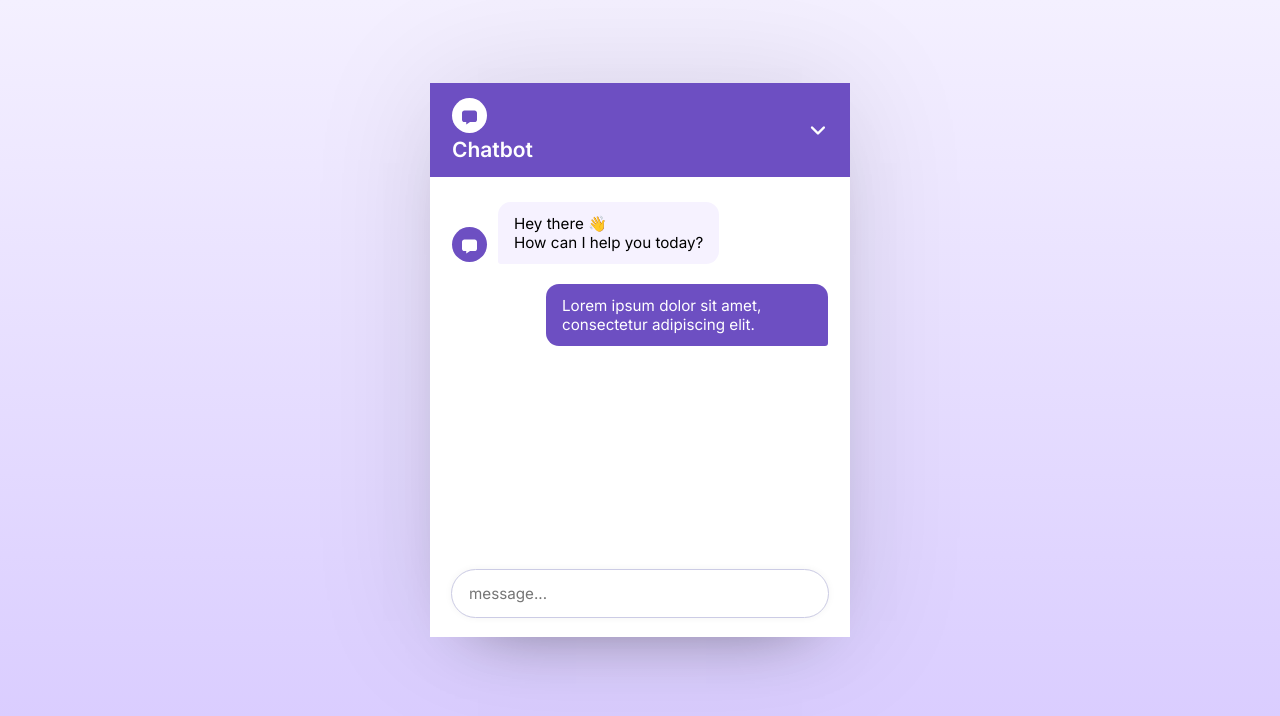
Repository: gogg23/chatbot
Page: / (app in chatbot/)
The author's editor kept a copy of each file at every save. The page is drawn from the files as they stood at one save, then again after the next save.
The browser window is 1280 px wide. The pictures show the whole page.
The project was rebuilt for these pictures with package versions that can differ from the ones it lists, and the page was loaded fresh each time. Also part of the build but not shown: chatbot/vite.config.js.

Above is the page before, as saved 2025-01-21 17:23:40.

### chatbot/index.html
<!DOCTYPE html>
<html lang="en">
  <head>
    <meta charset="UTF-8" />
    <link rel="icon" type="image/svg+xml" href="/vite.svg" />
    <meta name="viewport" content="width=device-width, initial-scale=1.0" />
    <title>Chatbot in ReactJS</title>
    <!--Linking google Fonts for Icons-->
    <link
      href="https://fonts.googleapis.com/css2?family=Material+Symbols+Rounded"
      rel="stylesheet"
    />
  </head>
  <body>
    <div id="root"></div>
    <script type="module" src="/src/main.jsx"></script>
  </body>
</html>

### chatbot/src/index.css
/*Importing Google Fonts - Inter*/
@import url('https://fonts.googleapis.com/css2?family=Inter:ital,opsz,wght@0,14..32,100..900;1,14..32,100..900&display=swap');

* {
  margin: 0;
  padding: 0;
  box-sizing: border-box;
  font-family: 'Inter', sans-serif;
}

body {
  width: 100%;
  display: flex;
  align-items: center;
  justify-content: center;
  min-height: 100vh;
  background: linear-gradient(#f4f0ff, #dacdff);
}

.chatbot-popup {
  position: relative;
  width: 420px;
  background: #fff;
  border-radius: 15px;
  box-shadow: 0 0 128px 0 rgba(0, 0, 0, 0.1),
    0 32px 64px -48px rgba(0, 0, 0, 0.5);
}

.chatbot-popup .chat-header {
  display: flex;
  padding: 15px 22px;
  align-items: center;
  justify-content: space-between;
  background: #6d4fc2;
}

.chatbot-header .header-info {
  display: flex;
  gap: 10px;
  align-items: center;
}

.header-info svg {
  height: 35px;
  width: 35px;
  padding: 6px;
  flex-shrink: 0;
  fill: #6d4fc2;
  background: #fff;
  border-radius: 50%;
}

.header-info .logo-text {
  color: #fff;
  font-size: 1.31rem;
  font-weight: 600;
}

.chat-header button {
  height: 40px;
  width: 40px;
  border: none;
  outline: none;
  color: #fff;
  cursor: pointer;
  font-size: 1.9rem;
  padding-top: 2px;
  border-radius: 50%;
  margin-right: -10px;
  background: none;
  transition: 0.2s ease;
}
.chat-header button:hover {
  background: #593bab;
}
.chat-body {
  display: flex;
  flex-direction: column;
  gap: 20px;
  padding: 25px 22px;
  height: 460px;
  overflow-y: auto;
}

.chat-body .message {
  display: flex;
  gap: 11px;
  align-items: center;
}

.chat-body .bot-message svg {
  height: 35px;
  width: 35px;
  padding: 6px;
  flex-shrink: 0;
  fill: #fff;
  align-self: flex-end;
  margin-bottom: 2px;
  background: #6d4fc2;
  border-radius: 50%;
}

.chat-body .message .message-text {
  padding: 12px 16px;
  max-width: 75%;
  background: #6d4fc2;
  word-wrap: break-word;
  white-space: pre-line;
  font-size: 0.95rem;
}

.chat-body .bot-message .message-text {
  background: #f6f2ff;
  border-radius: 13px 13px 13px 3px;
}

.chat-body .user-message {
  flex-direction: column;
  align-items: flex-end;
}

.chat-body .user-message .message-text {
  color: #fff;
  background: #6d4fc2;
  border-radius: 13px 13px 3px 13px;
}

.chat-footer {
  position: absolute;
  bottom: 0;
  width: 100%;
  background: #fff;
  padding: 15px 22px 20px;
}

.chat-footer .chat-form {
  display: flex;
  align-items: center;
  background: #fff;
  border-radius: 32px;
  outline: 1px solid #cccce5;
  box-shadow: 0 0 8px rgba(0, 0, 0, 0.06);
}

.chat-footer .chat-form:focus-within {
  outline: 2px solid #6d4fc2;
}

.chat-form .message-input {
  border: none;
  outline: none;
  width: 100%;
  background: none;
  height: 47px;
  padding: 0 17px;
  font-size: 0.95rem;
}

.chat-form button {
  height: 35px;
  width: 35px;
  border: none;
  display: none;
  outline: none;
  cursor: pointer;
  font-size: 1.15rem;
  color: #fff;
  flex-shrink: 0;
  margin-right: 6px;
  border-radius: 50%; /* Ensures round edges */
  background: #6d4fc2;
  transition: 0.2s ease;
}
.chat-form button:hover {
  background: #593bab;
}

.chat-form .message-input:valid ~ button {
  display: block;
}

### chatbot/src/App.jsx
import ChatbotIcon from './components/ChatbotIcon';

const App = () => {
  return (
    <div className='container'>
      <div className='chatbot-popup'>
        {/*Chatbot Header*/}
        <div className='chat-header'>
          <div className='header-info'>
            <ChatbotIcon />
            <h2 className='logo-text'>Chatbot</h2>
          </div>
          <button className='material-symbols-rounded'>
            keyboard_arrow_down
          </button>
        </div>
        {/*Chatbot Body*/}
        <div className='chat-body'>
          <div className='message bot-message'>
            <ChatbotIcon />
            <p className='message-text'>
              Hey there 👋
              <br />
              How can I help you today?
            </p>
          </div>
          <div className='message user-message'>
            <p className='message-text'>
              Lorem ipsum dolor sit amet, consectetur adipiscing elit.
            </p>
          </div>
        </div>
        {/*Chatbot Footer*/}
        <div className='chat-footer'>
          <form action='#' className='chat-form'>
            <input
              type='text'
              placeholder='message...'
              className='message-input'
              required
            />
            <button className='material-symbols-rounded'>arrow_upward</button>
          </form>
        </div>
      </div>
    </div>
  );
};

export default App;

### chatbot/src/components/ChatbotIcon.jsx
const ChatbotIcon = () => {
  return (
    <svg
      xmlns='http://www.w3.org/2000/svg'
      width='50'
      height='50'
      viewBox='0 0 1024 1024'
    >
      <path
        d='M738.3 287.6H285.7c-59 0-106.8
      47.8-106.8 106.8v303.1c0 59 47.8 106.8 106.8 106.8h81.5v111.1c0
      .7.8 1.1 1.4.7l166.9-110.6 41.8-.8h117.4l43.6-.4c59
      0 106.8-47.8 106.8-106.8V394.5c0-59-47.8-106.9-106.8-106.9zM351
      .7 448.2c0-29.5 23.9-53.5 53.5-53.5s53.5 23.9 53.5 53.5-23.9
      53.5-53.5 53.5-53.5-23.9-53.5-53.5zm157.9 267.1c-67.8 0-123.8-47
      .5-132.3-109h264.6c-8.6 61.5-64.5 109-132.3 109zm110-213.7c-29.5
      0-53.5-23.9-53.5-53.5s23.9-53.5 53.5-53.5 53.5 23.9 53.5 53.5-23.9
      53.5-53.5 53.5zM867.2 644.5V453.1h26.5c19.4 0 35.1 15.7 35.1 35.1v121.1c0
      19.4-15.7 35.1-35.1 35.1h-26.5zM95.2 609.4V488.2c0-19.4 15.7-35.1
      35.1-35.1h26.5v191.3h-26.5c-19.4 0-35.1-15.7-35.1-35.1zM561.5 149.6c0 23.4-15.6
      43.3-36.9 49.7v44.9h-30v-44.9c-21.4-6.5-36.9-26.3-36.9-49.7 0-28.6 23.3-51.9 51.9-51.9s51.9
      23.3 51.9 51.9z'
      />
    </svg>
  );
};

export default ChatbotIcon;

Loaded but not shown: chatbot/src/main.jsx (common file)

After the next save:
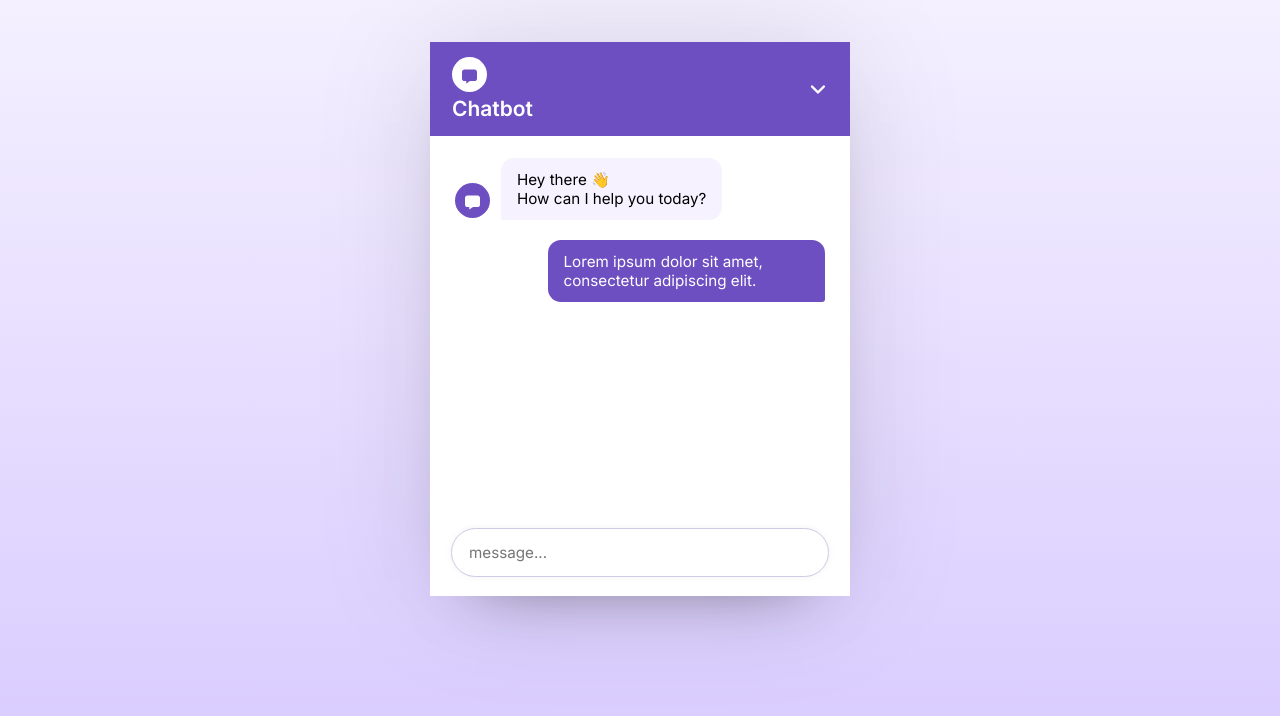
Saved 2 min 5 s later.
--- a/chatbot/src/index.css
+++ b/chatbot/src/index.css
@@ -79,7 +79,9 @@ body {
   gap: 20px;
   padding: 25px 22px;
   height: 460px;
+  margin-bottom: 82px;
   overflow-y: auto;
+  padding: 22px 25px;
 }
 
 .chat-body .message {
